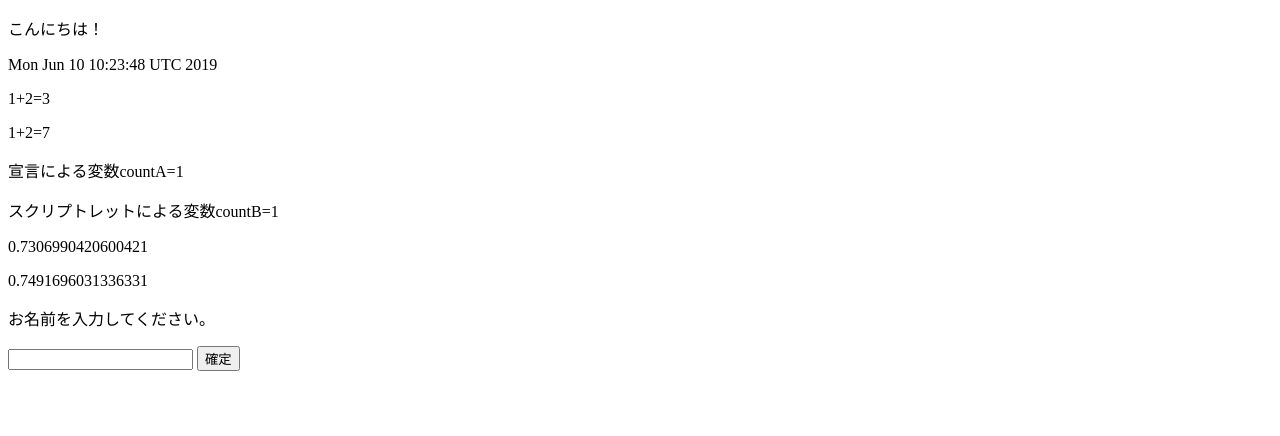
Repository: stardust2000/test
Page: http://localhost/HelloJSP/
These files come from the project's save history. The page is drawn as it stood at one moment and after the next save; the edit follows.
The browser window is 1280 px wide. The pictures show the whole page.
The page is served by Tomcat 9. Nobody is signed in. The application's start-up code is not run.

Above is the page before, as saved 2019-06-24 11:42:55.

After the next save:
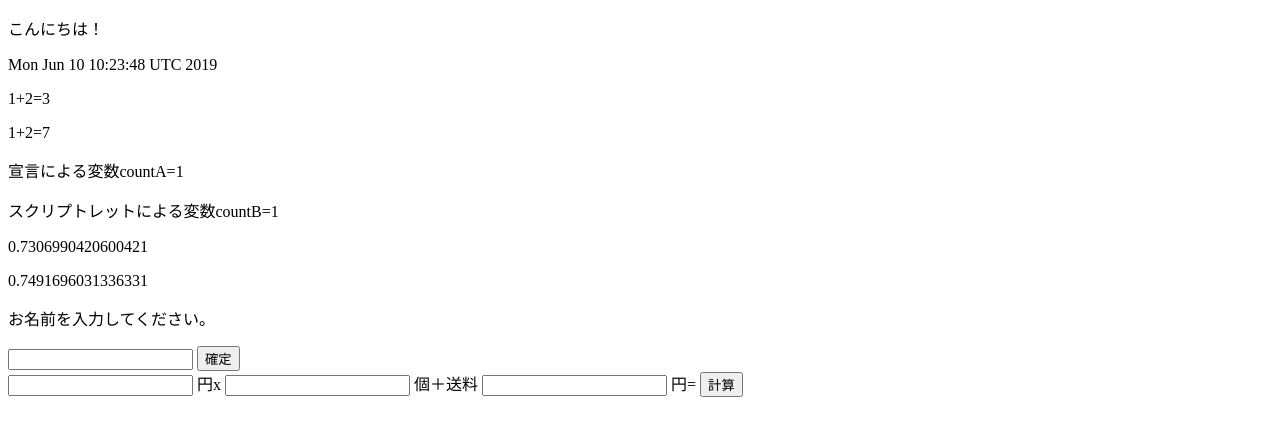
Saved 4 s later.
--- a/HelloJSP/WebContent/index.jsp
+++ b/HelloJSP/WebContent/index.jsp
@@ -38,6 +38,15 @@
 <input type="submit" value="確定">
 
 </form>
+<form method="post" action="total-out.jsp">
+<input type="text" name="price">
+円x
+<input type="text" name="count">
+個＋送料
+<input type="text" name="delivery">
+円=
+<input type="submit" value="計算">
+</form>
 
 </body>
 </html>
